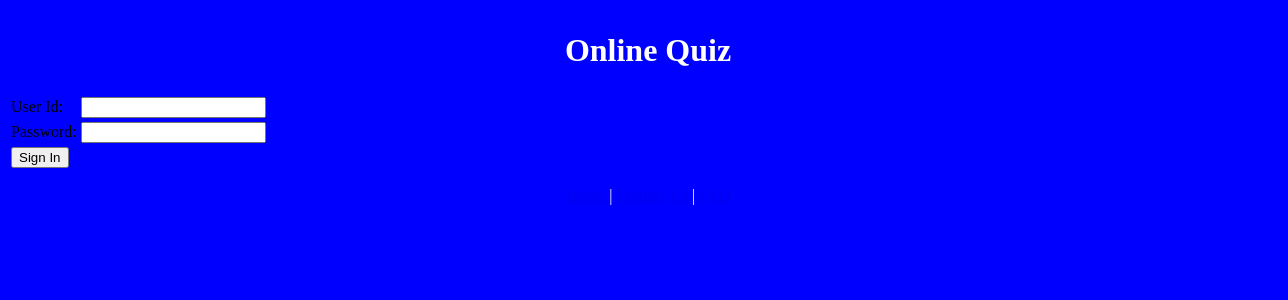
Repository: KaushikVeluruWorld/KaushikJava
Page: http://localhost/OnlineQuiz/home.jsp
The author's editor kept a copy of each file at every save. The page is drawn from the files as they stood at one save, then again after the next save.
The browser window is 1280 px wide. The page is 1288 px wide, so the pictures cover 1288 px, including what lies to the right of the window. The pictures show the whole page.
The page is served by Tomcat 9.

Above is the page before, as saved 2014-12-22 10:24:47.

After the next save:
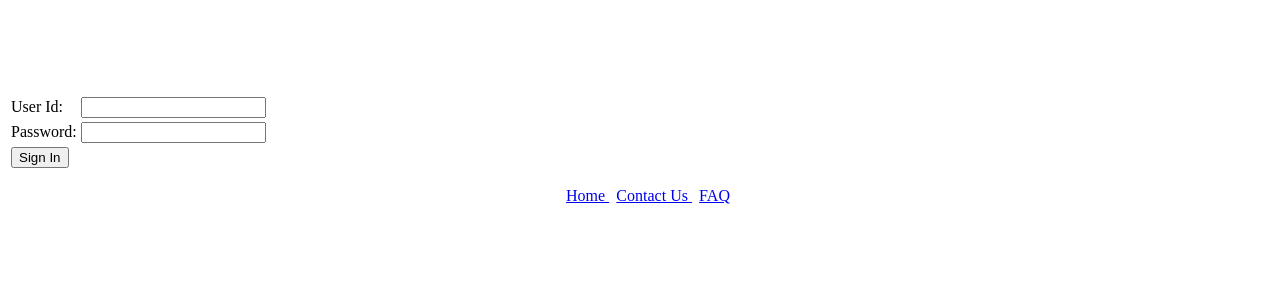
Saved 10 s later.
--- a/Online Quiz Tool/OnlineQuiz/WebContent/footer.jsp
+++ b/Online Quiz Tool/OnlineQuiz/WebContent/footer.jsp
@@ -7,7 +7,7 @@
 <title>Footer</title>
 </head>
 
-<body bgcolor="blue" style="height: 50px; width: 100%;">
+<body  style="height: 50px; width: 100%;">
 
 <p align="center" style="color: white" >
 <a style="" href="Home.jsp">Home </a> |
